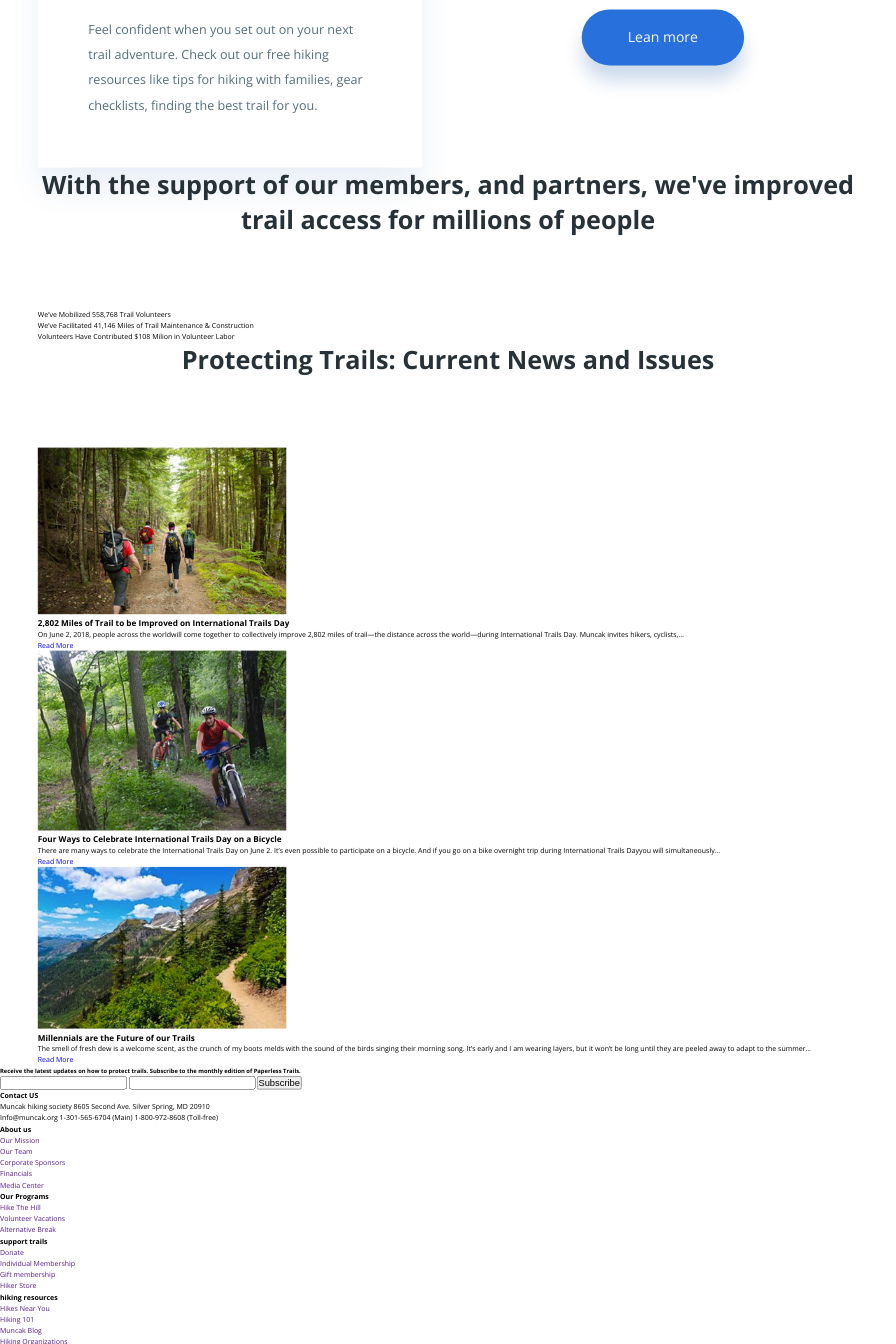
Repository: huubinh98/Project
Page: muncak/index.html
The author's editor kept a copy of each file at every save. The page is drawn from the files as they stood at one save, then again after the next save.
The browser window is 1280 px wide. The pictures show the part of the page from y = 2578 to 4498 px (the page is 4574 px tall before and 4679 px after), at 70% of full size.

Above is the page before, as saved 2021-08-28 19:20:06.

### muncak/index.html
<!DOCTYPE html>
<html lang="en">

<head>
    <meta charset="UTF-8">
    <meta http-equiv="X-UA-Compatible" content="IE=edge">
    <meta name="viewport" content="width=device-width, initial-scale=1.0">
    <link rel="stylesheet" href="./style.css">
    <link rel="preconnect" href="https://fonts.googleapis.com">
    <link rel="preconnect" href="https://fonts.gstatic.com" crossorigin>
    <link href="https://fonts.googleapis.com/css2?family=Open+Sans:wght@300;400;600;700&display=swap" rel="stylesheet">
    <title>Muncak</title>
</head>

<body>
    <header class="header">
        <div class="container header-nav">
            <h1 class="logo"><a href="" class="logo-link"><img src="./image/Muncak.png" alt="" class="logo-img"></a>
            </h1>
            <ul class="nav-list">
                <li class="nav-item">
                    <a href="" class="nav-item-link">Home</a>
                </li>
                <li class="nav-item">
                    <a href="" class="nav-item-link">Go Hiking</a>
                </li>
                <li class="nav-item">
                    <a href="" class="nav-item-link">About</a>
                </li>
                <li class="nav-item">
                    <a href="" class="nav-item-link nav-highlight">Login</a>
                </li>
            </ul>
        </div>
        <div class="container-small">
            <h1 class="heading-banner">Lets get the top of Moutain</h1>
            <p class="heading-desc">Here is the hiking information you need to decide
                if it is right for you, and to make it more interesting,
                enjoyable, and safe.</p>
            <a href="#" class="btn c"> Get Started</a>
        </div>
    </header>
    <section class="about">
        <div class="container-small about-wrap">
            <h2 class="heading-name hearding-name-about">We envision a world where everyone
                has permanent access to a hiking trail</h2>
            <div class="about-item">
                <img src="./image/loa.png" alt="loa" class="about-img">
                <div class="about-content">
                    <h4 class="about-content-heading">Advocate</h4>
                    <p class="about-content-desc">We work with Congress, Federal agencies, and partners on policy issues
                        and legislation to ensure funding for trails, preservation of natural areas, and protection of
                        the hiking experience.</p>
                </div>
            </div>
            <div class="about-item">
                <img src="./image/bantay.png" alt="loa" class="about-img">
                <div class="about-content">
                    <h4 class="about-content-heading">Volunteer </h4>
                    <p class="about-content-desc">Trails don't maintain themselves. Individuals of any age and
                        experience level can become trail stewards. Give back to the trails you love, meet new people,
                        and enjoy the experience!</p>
                </div>
            </div>
            <div class="about-item">
                <img src="./image/nui.png" alt="loa" class="about-img">
                <div class="about-content">
                    <h4 class="about-content-heading">Explore</h4>
                    <p class="about-content-desc">Feel confident when you set out on your next trail adventure. Check
                        out our free hiking resources like tips for hiking with families, gear checklists, finding the
                        best trail for you.</p>
                </div>
            </div>
            <a href="" class="btn btn-about">Lean more</a>
        </div>
        <div class="container-small">
            <h2 class="heading-name">With the support of our members, and partners, we've improved trail access for millions of people</h2>
            <div class="customer-content">
                <p class="customer-text">We’ve Mobilized <span>558,768</span> Trail Volunteers</p>
                <p class="customer-text">We’ve Facilitated <span>41,146</span>
                    Miles of Trail Maintenance & Construction</p>
                <p class="customer-text">Volunteers Have Contributed <span>$108 Milion</span> in Volunteer Labor</p>
            </div>
        </div>
    </section>

    <!-- -----------new--------------- -->
    <section class="new">
        <div class="container-small">
            <h2 class="heading-name">Protecting Trails: Current News and Issues</h2>
            <div class="new-content">
                <div class="new-item">
                    <a href="#" class="new-item-link">
                        <img src="./image/pic1.jpg" alt="pic1" class="new-item-img">
                    </a>
                    <div class="new-item-text">
                        <h3 class="new-item-name">2,802 Miles of Trail to be Improved on International Trails Day</h3>
                        <p class="new-item-desc">On June 2, 2018, people across the worldwill come together to
                            collectively improve 2,802 miles of trail—the distance across the world—during International
                            Trails Day. Muncak invites hikers, cyclists,…</p>
                        <a href="#" class="new-item-link">Read More</a>
                    </div>
                </div>
                <div class="new-item">
                    <a href="#" class="new-item-link">
                        <img src="./image/pic2.jpg" alt="pic1" class="new-item-img">
                    </a>
                    <div class="new-item-text">
                        <h3 class="new-item-name">Four Ways to Celebrate International Trails Day on a Bicycle</h3>
                        <p class="new-item-desc">There are many ways to celebrate the International Trails Day on June 2. It’s even possible to participate on a bicycle. And if you go on a bike overnight trip during International Trails Dayyou will simultaneously…</p>
                        <a href="#" class="new-item-link">Read More</a>
                    </div>
                </div>
                <div class="new-item">
                    <a href="#" class="new-item-link">
                        <img src="./image/pic3.jpg" alt="pic1" class="new-item-img">
                    </a>
                    <div class="new-item-text">
                        <h3 class="new-item-name">Millennials are the Future of our Trails</h3>
                        <p class="new-item-desc">The smell of fresh dew is a welcome scent, as the crunch of my boots melds with the sound of the birds singing their morning song. It’s early and I am wearing layers, but it won’t be long until they are peeled away to adapt to the summer…</p>
                        <a href="#" class="new-item-link">Read More</a>
                    </div>
                </div>
            </div>
        </div>
    </section>

    <div class="contact-footer">
        <div class="container">
            <h5 class="contact-heading">Receive the latest updates on how to protect trails.
                Subscribe to the monthly edition of Paperless Trails.</h5>
            <form action="">
                <input type="text" name="Name" id="" class="form-input">
                <input type="text" name="Email" id="" class="form-input">
                <button type="submit">Subscribe</button>
            </form>
        </div>
        <footer class="footer container">
            <div class="footer-info">
                <div class="footer-item">
                    <h4>Contact US</h4>
                    <p>Muncak hiking society
                        8605 Second Ave.
                        Silver Spring, MD 20910</p>
                    <p>
                        <span>Info@muncak.org</span>
                        <span>1-301-565-6704 (Main)</span>
                        <span>1-800-972-8608 (Toll-free)</span>
                    </p>
                </div>
                <div class="footer-item">
                    <h4>About us</h4>
                    <ul>
                        <li>
                            <a href="">Our Mission</a>
                        </li>
                        <li>
                            <a href="">Our Team</a>
                        </li>
                        <li>
                            <a href="">Corporate Sponsors</a>
                        </li>
                        <li>
                            <a href="">Financials</a>
                        </li>
                        <li>
                            <a href="">Media Center</a>
                        </li>
                    </ul>
                </div>
                <div class="footer-item">
                    <h4>Our Programs</h4>
                    <ul>
                        <li>
                            <a href="">Hike The Hill</a>
                        </li>
                        <li>
                            <a href="">Volunteer Vacations</a>
                        </li>
                        <li>
                            <a href="">Alternative Break</a>
                        </li>
                    </ul>
                </div>
                <div class="footer-item">
                    <h4>support trails</h4>
                    <ul>
                        <li>
                            <a href="">Donate</a>
                        </li>
                        <li>
                            <a href="">Individual Membership</a>
                        </li>
                        <li>
                            <a href="">Gift membership</a>
                        </li>
                        <li>
                            <a href="">Hiker Store</a>
                        </li>
                    </ul>
                </div>
                <div class="footer-item">
                    <h4>hiking resources</h4>
                    <ul>
                        <li>
                            <a href="">Hikes Near You</a>
                        </li>
                        <li>
                            <a href="">Hiking 101</a>
                        </li>
                        <li>
                            <a href="">Muncak Blog</a>
                        </li>
                        <li>
                            <a href="">Hiking Organizations</a>
                        </li>
                    </ul>
                </div>
            </div>
            <ul class="socical">
                <li class="socical-item">
                    <a href="" class="socical-item-link">
                        <img src="./image/instar.png" alt="" class="socical-item-img">
                    </a>
                </li>
                <li class="socical-item">
                    <a href="" class="socical-item-link">
                        <img src="./image/facebook.png" alt="" class="socical-item-img">
                    </a>
                </li>
                <li class="socical-item">
                    <a href="" class="socical-item-link">
                        <img src="./image/tiwer.png" alt="" class="socical-item-img">
                    </a>
                </li>
            </ul>
        </footer>
    </div>
</body>

</html>

### muncak/style.css
* {
    margin: 0;
    padding: 0;
    box-sizing: border-box;
}

html {
    font-size: 62.5%;
    line-height: 1.6rem;
    font-family: 'Open Sans', sans-serif;
    scroll-behavior: smooth;
}

ul, li {
    list-style: none;
}

a {
    text-decoration: none;
}

.container {
    max-width: 1404px;
    width: 100%;
    margin: 0 auto;
}

.container-small {
    max-width: 1172px;
    width: 100%;
    margin: 0 auto;
}

.btn {
    font-size: 2rem;
    line-height: 8rem;
    color: #fbfcfc;
    background-color: #2870db;
    border-radius: 40px;
    display: inline-block;
    padding: 0 66px;
    box-shadow: 0 22px 24px rgba(17, 83, 165, 0.21);
    transition: 0.25s ease;
}

.heading-name {
    font-size: 3.6rem;
    line-height: 5rem;
    text-align: center;
    margin: 0 auto;
    color: #263238;
    margin-bottom: 101px;
}

.btn:hover {
    background-color: #1153a5;
}

/* ----------------------- */

.header {
    margin: 0 auto;
    max-width: 1900px;
    height: 1026px;
    background-color: white;
    background-image: url(./image/backgroudleft1.png), url(./image/Muncak-Landing-Page.png);
    background-position: left bottom, right top;
    background-repeat: no-repeat, no-repeat;
}

.header-nav {
    display: flex;
    justify-content: space-between;
    padding-top: 85px;
}

.logo{

}
.logo-link{

}
.logo-img{

}
.nav-list{

}
.nav-item{
    display: inline-block;
}
.nav-item-link{
    font-size: 1.8rem;
    font-weight: 400;
    line-height: 3.6rem;
    color: #fff;
    padding: 0 36px;
    display: inline-block;
}

.nav-highlight {
    background-color: #fff;
    color: #14215e;
    border-radius: 14px;
}

.heading-banner {
    font-size: 5rem;
    line-height: 6rem;
    color: #1c2056;
    margin-top: 144px;
    max-width: 400px;
}

.heading-desc {
    font-size: 1.8rem;
    line-height: 4rem;
    color: rgba(45, 32, 88, 0.65);
    max-width: 400px;
    margin-top: 43px;
    margin-bottom: 103px;
}

.btn-heading {
    margin-bottom: 310px;
}


/* -----------about---------------- */
.about {
    padding-top: 158px;
}

.hearding-name-about {
    max-width: 700px;
}

.about-item {
    margin-top: -150px;
    max-width: 549px;
}

.about-item:nth-child(2n + 1) {
    margin-left: auto;
}

.about-item:nth-child(2n + 2) {
    margin-top: -109px;
}

.about-item:first-of-type {
    margin-top: 0;
}

.about-img {
    display: block;
    margin: 0 auto;
    margin-bottom: 63px;
}

.about-content {
    box-shadow: 0 27px 43px rgb(32 94 171 / 10%);
    background-color: #fff;
    padding: 72px;
}

.about-content-heading {
    font-size: 2.4rem;
    line-height: 3.6rem;
    color: #263238;
    padding-bottom: 48px;
}

.about-content-desc {
    font-size: 1.8rem;
    line-height: 3.6rem;
    color: #546e7a;
}

.btn-about {
    float: right;
    margin-right: 163px;
    margin-top: -226px;
}

After the next save:
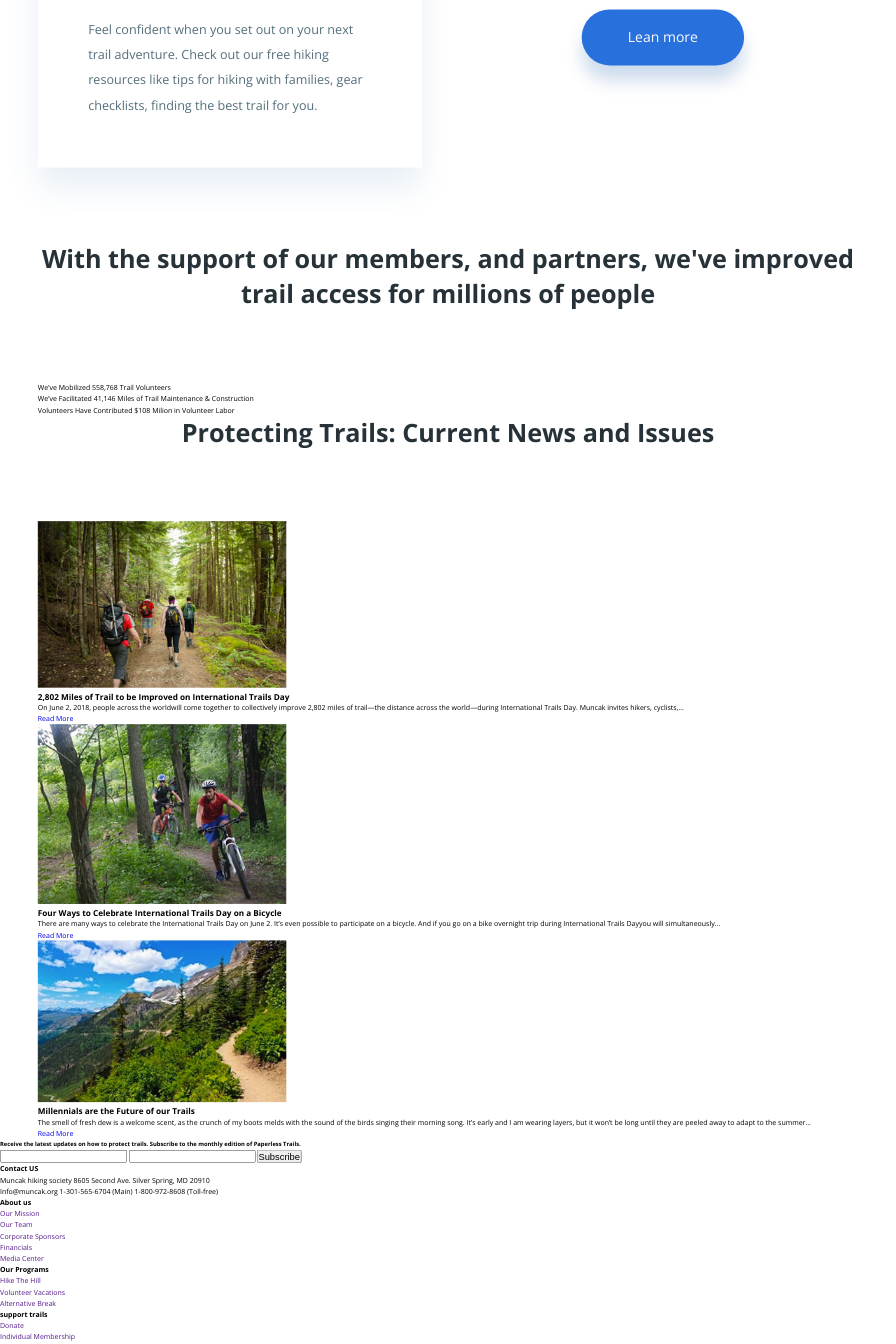
Saved 31 s later.
--- a/muncak/style.css
+++ b/muncak/style.css
@@ -131,6 +131,10 @@ a {
     padding-top: 158px;
 }
 
+.about-wrap {
+    margin-bottom: 105px;
+}
+
 .hearding-name-about {
     max-width: 700px;
 }
